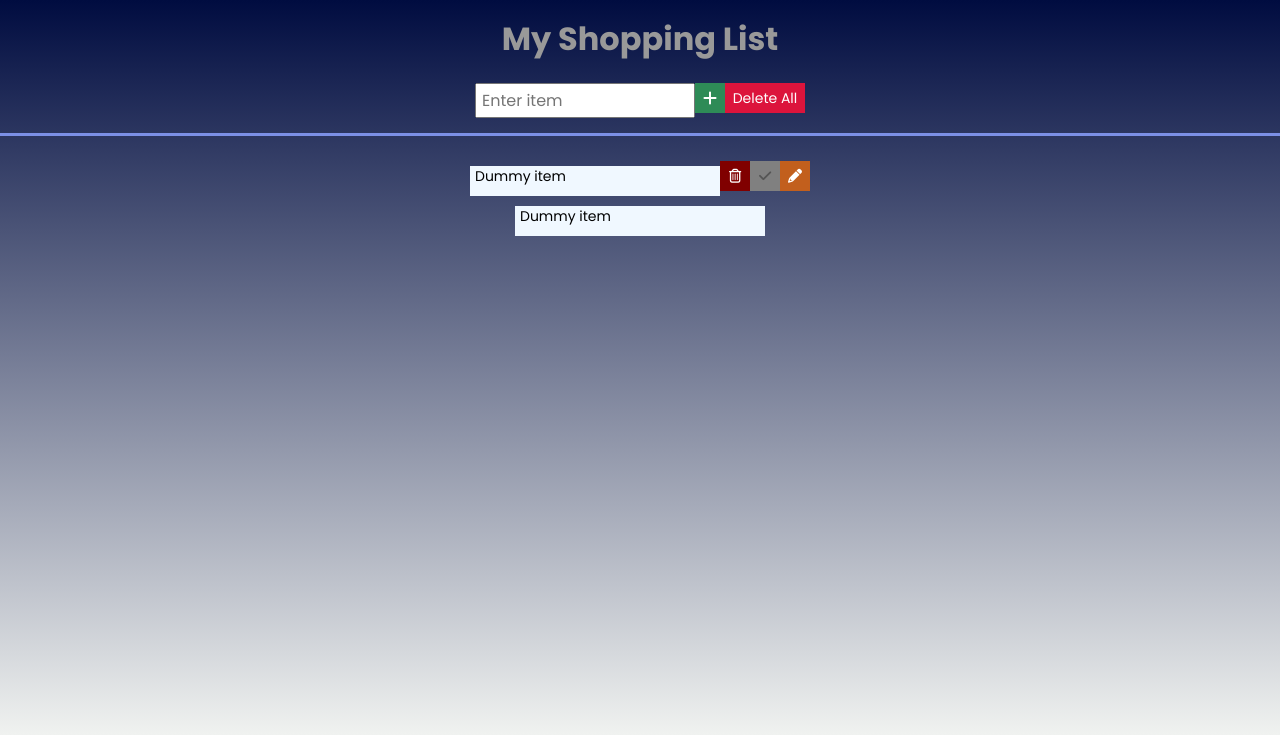
Repository: SaadYasin/shopping-list01-js
Page: index.html
An editor plug-in stored every save of this project. The page is shown before and after a run of saves, followed by the edit.
The browser window is 1280 px wide. The pictures show the whole page.

Above is the page before, as saved 2021-12-05 19:17:23.

After the next 2 saves:
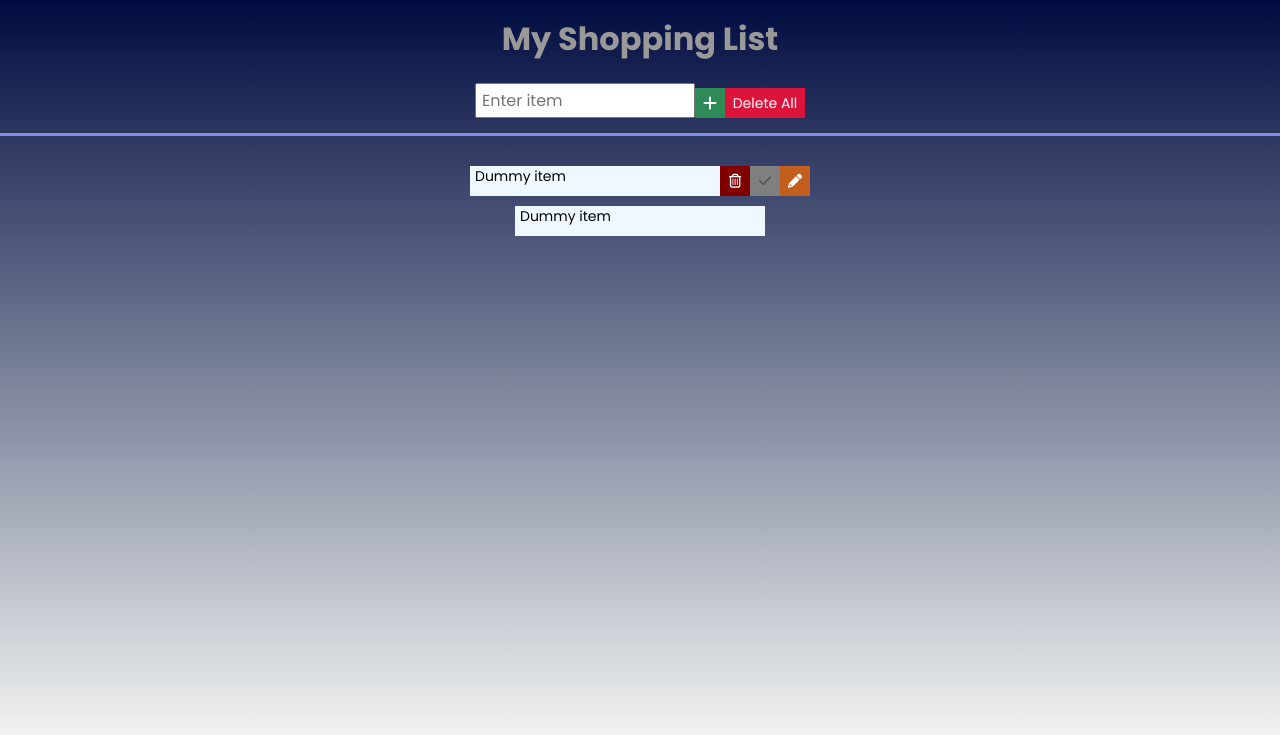
The 2 saves are shown as one change because they came seconds apart.
The last was saved 14 s later.
--- a/styles.css
+++ b/styles.css
@@ -36,6 +36,7 @@
 .btn {
     width: 30px;
     height: 30px;
+    margin-top: 5px;
     border: none;
     outline: none;
     font-size: 14px;

After the save that followed:
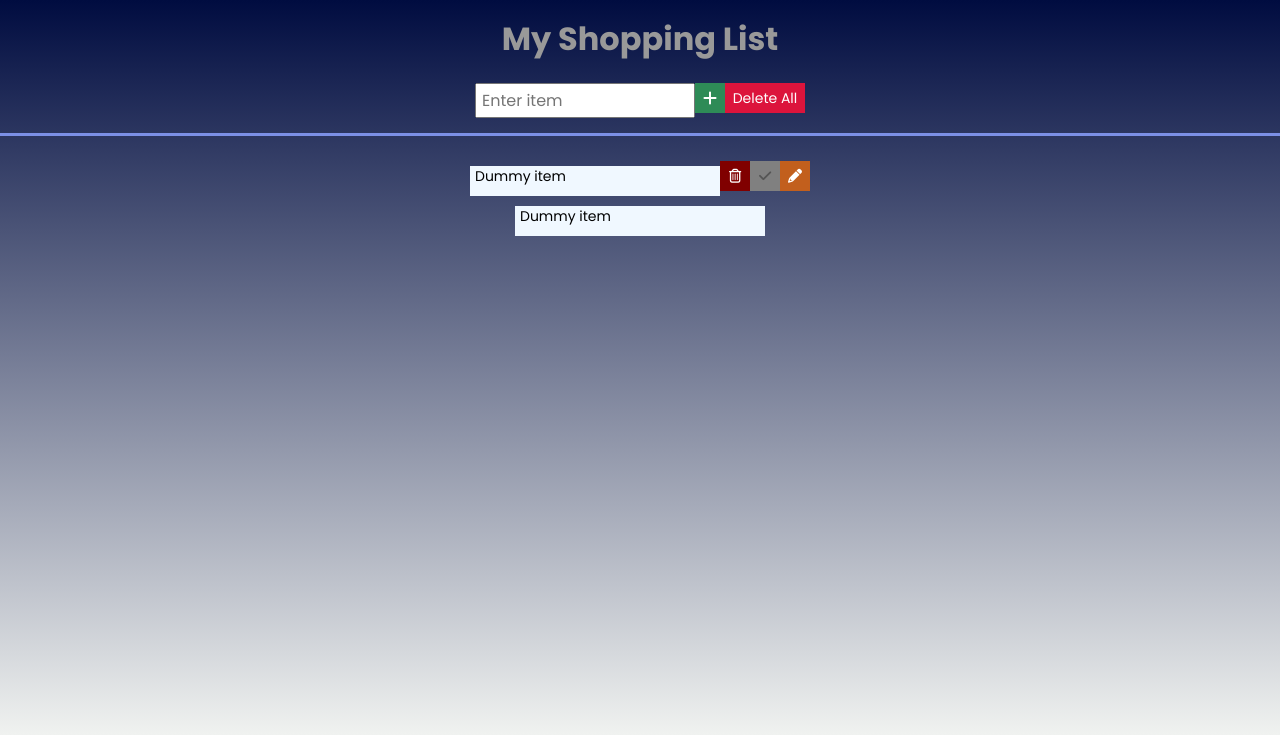
Saved 15 s later.
--- a/styles.css
+++ b/styles.css
@@ -36,7 +36,6 @@
 .btn {
     width: 30px;
     height: 30px;
-    margin-top: 5px;
     border: none;
     outline: none;
     font-size: 14px;
